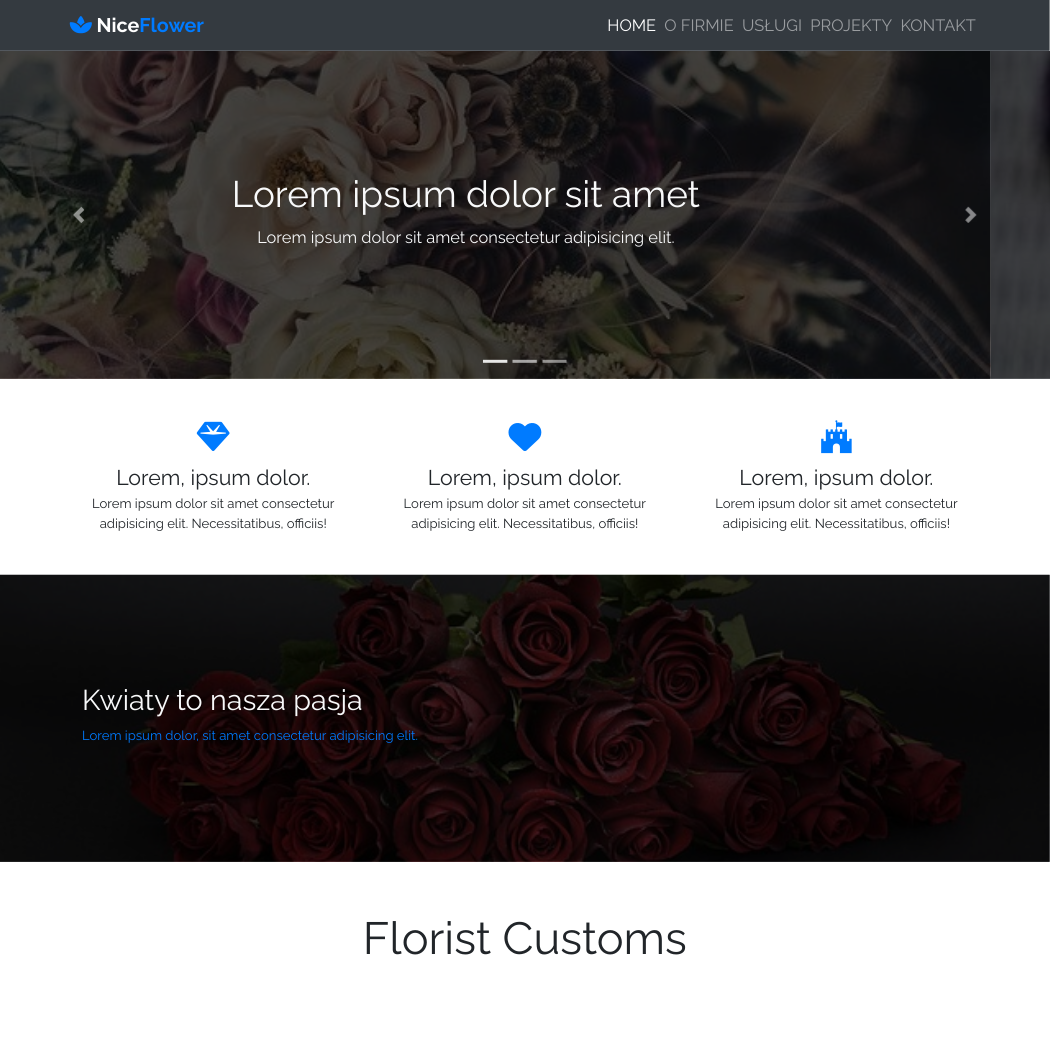
Repository: KrzysKolo/Projekt-13_Kwiaciarnia
Page: index.html
These files come from the project's save history. The page is drawn as it stood at one moment and after the next save; the edit follows.
The browser window is 1280 px wide. The pictures show the whole page, at 82% of full size.
Some web libraries are served in a nearby version.

Above is the page before, as saved 2020-08-09 18:25:43.

### index.html
<!DOCTYPE html>
<html lang="pl">
  <head>
    <meta charset="UTF-8" />
    <meta name="viewport" content="width=device-width, initial-scale=1.0" />
    <title>Nice-Flower</title>
    <script
      src="https://kit.fontawesome.com/21efeaf281.js"
      crossorigin="anonymous"
    ></script>

    <link
      rel="stylesheet"
      href="https://stackpath.bootstrapcdn.com/bootstrap/4.5.0/css/bootstrap.min.css"
      integrity="sha384-9aIt2nRpC12Uk9gS9baDl411NQApFmC26EwAOH8WgZl5MYYxFfc+NcPb1dKGj7Sk"
      crossorigin="anonymous"
    />
    <link
      href="https://fonts.googleapis.com/css2?family=Raleway:wght@400;700&display=swap"
      rel="stylesheet"
    />
    <link rel="stylesheet" href="style.css" />
  </head>
  <body>
    <nav class="navbar navbar-expand-lg navbar-dark bg-dark py-3">
      <div class="container">
        <a class="navbar-brand" href="#"
          ><i class="fas fa-spa text-primary"></i> Nice<span
            class="text-primary"
            >Flower</span
          ></a
        >
        <button
          class="navbar-toggler border-0"
          type="button"
          data-toggle="collapse"
          data-target="#navbarNavAltMarkup"
          aria-controls="navbarNavAltMarkup"
          aria-expanded="false"
          aria-label="Toggle navigation"
        >
          <i class="fas fa-bars px-4"></i>
        </button>
        <div class="collapse navbar-collapse" id="navbarNavAltMarkup">
          <div class="navbar-nav ml-auto">
            <a class="nav-link active" href="#"
              >Home <span class="sr-only">(current)</span></a
            >
            <a class="nav-link" href="abouteus.html">O firmie</a>
            <a class="nav-link" href="services.html">Usługi</a>
            <a class="nav-link" href="projects.html">Projekty</a>
            <a class="nav-link" href="contact.html">Kontakt</a>
          </div>
        </div>
      </div>
    </nav>

    <!-- HEADER -->
    <header>
      <div
        id="carouselExampleCaptions"
        class="carousel slide"
        data-ride="carousel"
      >
        <ol class="carousel-indicators">
          <li
            data-target="#carouselExampleCaptions"
            data-slide-to="0"
            class="active"
          ></li>
          <li data-target="#carouselExampleCaptions" data-slide-to="1"></li>
          <li data-target="#carouselExampleCaptions" data-slide-to="2"></li>
        </ol>
        <div class="carousel-inner text-dark text-center">
          <div class="carousel-item carousel-img-one active">
            <div
              class="carousel-text h-100 p-5 d-flex flex-column justyfy-content-end justify-content-md-center align-items-center"
            >
              <div class="hero-shadow"></div>
              <p class="display-3 text-light">Lorem ipsum dolor sit amet</p>
              <p class="d-none d-sm-block text-light">
                Lorem ipsum dolor sit amet consectetur adipisicing elit.
              </p>
            </div>
          </div>
          <div class="carousel-item carousel-img-two">
            <div
              class="carousel-text h-100 p-5 d-flex flex-column justyfy-content-end justify-content-md-center align-items-center"
            >
              <div class="hero-shadow"></div>
              <p class="display-3 text-light">Lorem ipsum dolor sit amet</p>
              <p class="d-none d-sm-block text-light">
                Lorem ipsum dolor sit amet consectetur adipisicing elit.
              </p>
            </div>
          </div>
          <div class="carousel-item carousel-img-three">
            <div
              class="carousel-text h-100 p-5 d-flex flex-column justyfy-content-end justify-content-md-center align-items-center"
            >
              <div class="hero-shadow"></div>
              <p class="display-3 text-light">Lorem ipsum dolor sit amet</p>
              <p class="d-none d-sm-block text-light">
                Lorem ipsum dolor sit amet consectetur adipisicing elit.
              </p>
            </div>
          </div>
        </div>
        <a
          class="carousel-control-prev"
          href="#carouselExampleCaptions"
          role="button"
          data-slide="prev"
        >
          <span class="carousel-control-prev-icon" aria-hidden="true"></span>
          <span class="sr-only">Previous</span>
        </a>
        <a
          class="carousel-control-next"
          href="#carouselExampleCaptions"
          role="button"
          data-slide="next"
        >
          <span class="carousel-control-next-icon" aria-hidden="true"></span>
          <span class="sr-only">Next</span>
        </a>
      </div>
    </header>

    <!-- MAIN -->
    <main>
      <section class="home-boxes">
        <div class="container text-center">
          <div class="row">
            <div class="col-md-4 home-box mb-5 mb-md-0">
              <i class="fas fa-gem mb-4 text-primary"></i>
              <h3>Lorem, ipsum dolor.</h3>
              <p class="m-0">
                Lorem ipsum dolor sit amet consectetur adipisicing elit.
                Necessitatibus, officiis!
              </p>
            </div>
            <div class="col-md-4 home-box mb-5 mb-md-0">
              <i class="fas fa-heart mb-4 text-primary"></i>
              <h3>Lorem, ipsum dolor.</h3>
              <p class="m-0">
                Lorem ipsum dolor sit amet consectetur adipisicing elit.
                Necessitatibus, officiis!
              </p>
            </div>
            <div class="col-md-4 home-box mb-5 mb-md-0">
              <i class="fab fa-fort-awesome mb-4 text-primary"></i>
              <h3>Lorem, ipsum dolor.</h3>
              <p class="m-0">
                Lorem ipsum dolor sit amet consectetur adipisicing elit.
                Necessitatibus, officiis!
              </p>
            </div>
          </div>
        </div>
      </section>

      <section class="home-passion">
        <div class="hero-shadow"></div>
        <div class="row m-0 h-100 align-items-center text-light">
          <div class="col">
            <div class="container p-5">
              <p class="display-4">Kwiaty to nasza pasja</p>
              <p class="text-primary">
                Lorem ipsum dolor, sit amet consectetur adipisicing elit.
              </p>
            </div>
          </div>
        </div>
      </section>
      <section class="home-brand py-5">
        <p class="display-2 text-center pt-5 px-3">Florist Customs</p>
        <div class="container py-5">
          <div class="row m-0 align-items-center"></div>
        </div>
      </section>
    </main>
    <script
      src="https://code.jquery.com/jquery-3.5.1.slim.min.js"
      integrity="sha384-DfXdz2htPH0lsSSs5nCTpuj/zy4C+OGpamoFVy38MVBnE+IbbVYUew+OrCXaRkfj"
      crossorigin="anonymous"
    ></script>
    <script
      src="https://cdn.jsdelivr.net/npm/popper.js@1.16.0/dist/umd/popper.min.js"
      integrity="sha384-Q6E9RHvbIyZFJoft+2mJbHaEWldlvI9IOYy5n3zV9zzTtmI3UksdQRVvoxMfooAo"
      crossorigin="anonymous"
    ></script>
    <script
      src="https://stackpath.bootstrapcdn.com/bootstrap/4.5.0/js/bootstrap.min.js"
      integrity="sha384-OgVRvuATP1z7JjHLkuOU7Xw704+h835Lr+6QL9UvYjZE3Ipu6Tp75j7Bh/kR0JKI"
      crossorigin="anonymous"
    ></script>
  </body>
</html>

### style.css
* {
  box-sizing: border-box;
  margin: 0;
  padding: 0;
}
html {
  font-size: 62.5%;
}
body {
  font-family: "Raleway", sans-serif;
  font-size: 1.6rem;
}
.hero-shadow {
  position: absolute;
  top: 0;
  width: 100%;
  height: 100%;
  background-color: rgba(0, 0, 0, 0.7);
  z-index: -1;
}
/* ----------- */
/*  nawigacja  */
/* ----------- */
nav {
  font-size: 2rem;
  text-transform: uppercase;
}
.navbar-toggler {
  font-size: 3rem;
}
.navbar-brand {
  font-size: 2.4rem;
  font-weight: bold;
  text-transform: none;
}
/* ----------- */
/*    header   */
/* ----------- */
header {
  font-size: 2rem;
}
.carousel-item {
  position: relative;
  height: 400px;
  background-position: center;
  background-size: cover;
  z-index: 0;
}
.carousel-img-one {
  background-image: url("./img/b1m.jpg");
}
.carousel-img-two {
  background-image: url("./img/b2m.jpg");
}
.carousel-img-three {
  background-image: url("./img/b4m.jpg");
}
/* ----------- */
/*     main    */
/* ----------- */
.home-boxes {
  padding: 5rem 0;
}
.home-box i {
  font-size: 4rem;
}
.home-box h3 {
  font-size: 2.6rem;
}
/* ----------- */
.home-passion {
  position: relative;
  height: 350px;
  background-image: url("./img/b8m.jpg");
  background-position: center;
  background-size: cover;
  z-index: 0;
}

@media (min-width: 1400px) {
  .carousel-item {
    height: 600px;
  }
  .carousel-img-one {
    background-image: url("./img/b1.jpg");
  }
  .carousel-img-two {
    background-image: url("./img/b2.jpg");
  }
  .carousel-img-three {
    background-image: url("./img/b4.jpg");
  }
}

After the next save:
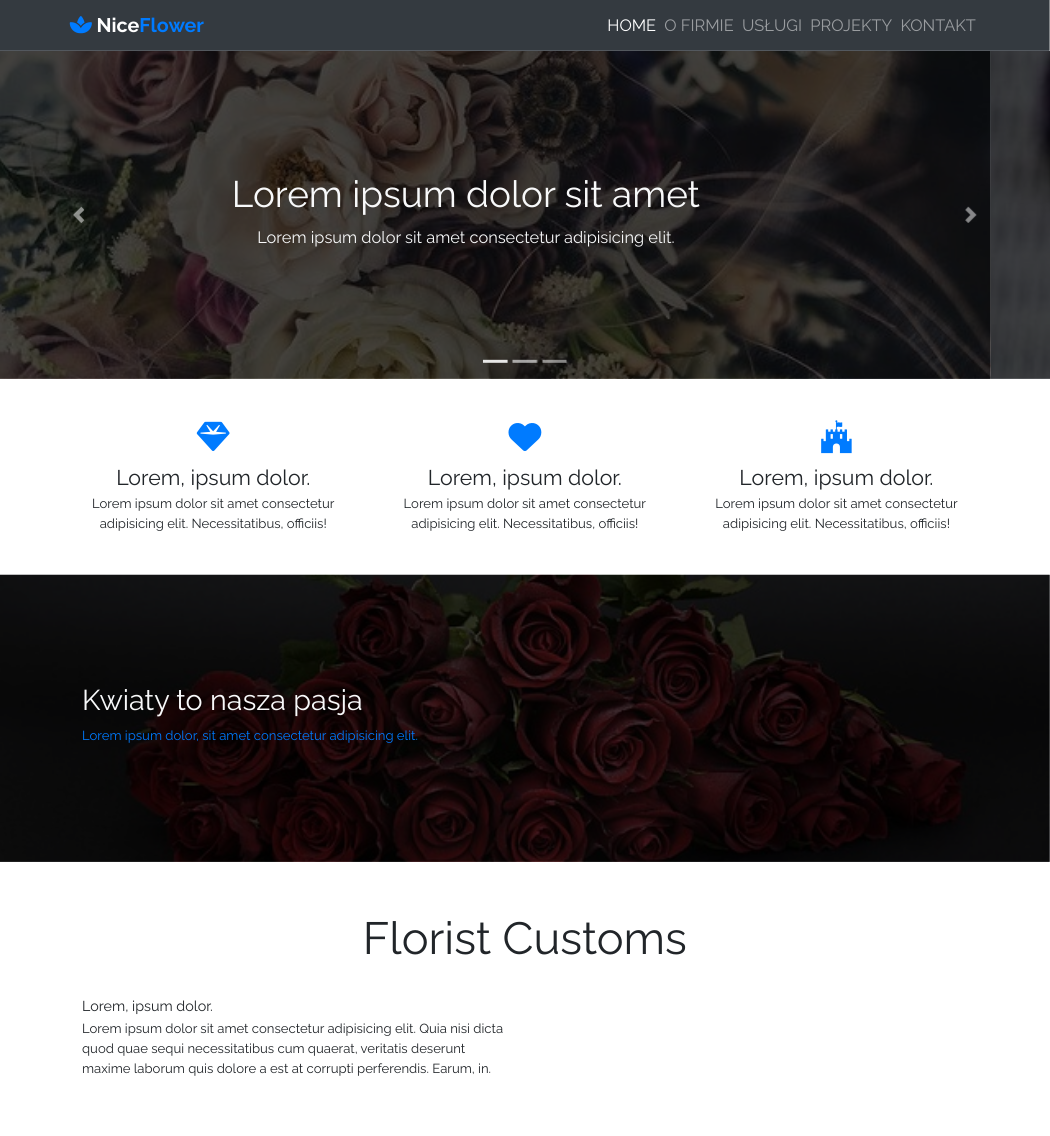
Saved 6 h 53 min later.
--- a/index.html
+++ b/index.html
@@ -176,7 +176,17 @@
       <section class="home-brand py-5">
         <p class="display-2 text-center pt-5 px-3">Florist Customs</p>
         <div class="container py-5">
-          <div class="row m-0 align-items-center"></div>
+          <div class="row m-0 align-items-center">
+            <div class="col-md-6">
+              <h3>Lorem, ipsum dolor.</h3>
+              <p>
+                Lorem ipsum dolor sit amet consectetur adipisicing elit. Quia
+                nisi dicta quod quae sequi necessitatibus cum quaerat, veritatis
+                deserunt maxime laborum quis dolore a est at corrupti
+                perferendis. Earum, in.
+              </p>
+            </div>
+          </div>
         </div>
       </section>
     </main>
